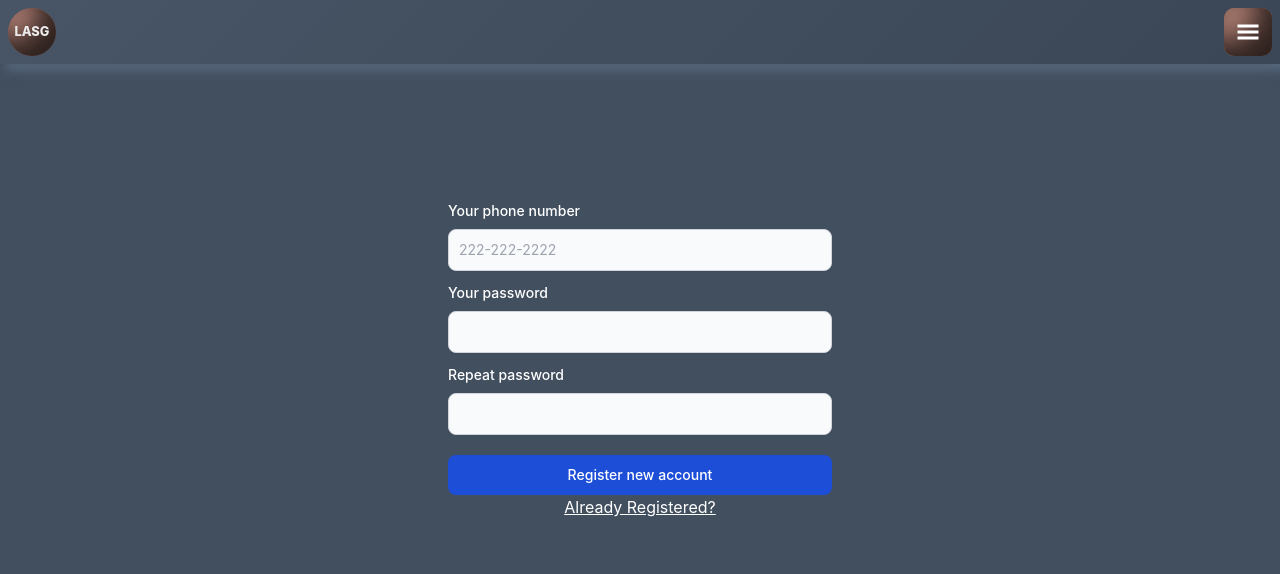
Repository: ShindanoSingi/LA-Swahili-Group
Page: /login (app in client/)
An editor plug-in stored every save of this project. The page is shown before and after the next save, followed by the edit.
The browser window is 1280 px wide. The pictures show the whole page.
The project was rebuilt for these pictures with package versions that can differ from the ones it lists, and the page was loaded fresh each time. Also part of the build but not shown: client/src/pages/error/Error.css, client/src/pages/error/Error.js, client/src/pages/home/Home.js, client/src/pages/about/About.js, client/src/pages/contact/Contact.js.

Above is the page before, as saved 2024-02-06 23:05:42.

After the next save:
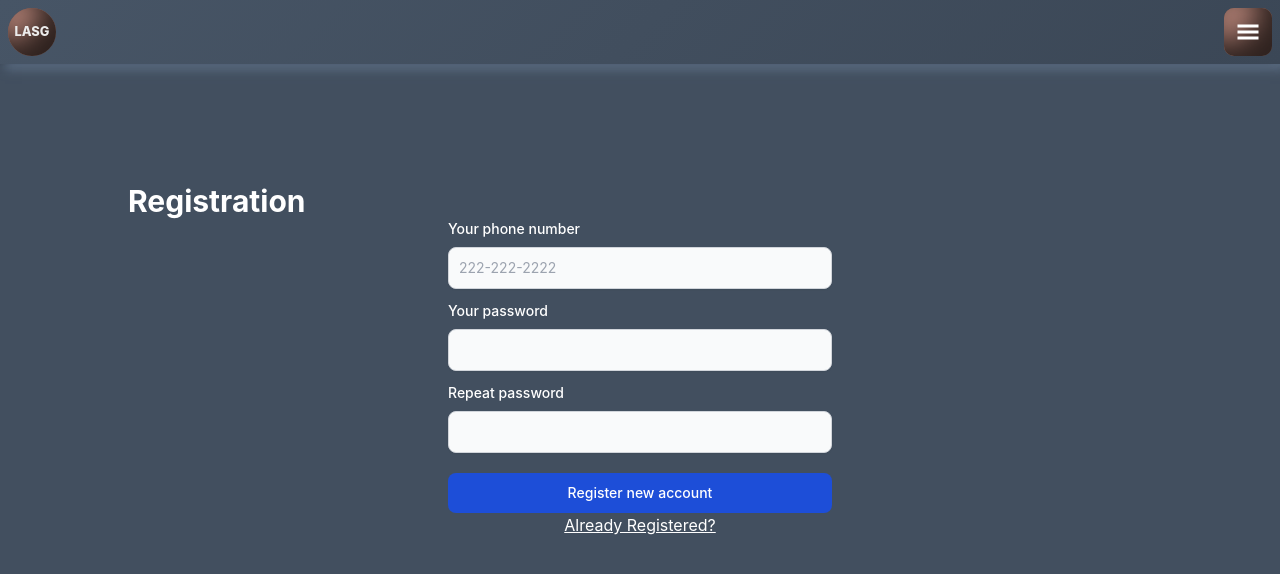
Saved 104 s later.
--- a/client/src/pages/login/Login.js
+++ b/client/src/pages/login/Login.js
@@ -6,6 +6,7 @@ function Login() {
       return (
             <div className="container">
                   <div className="w-[80%]">
+                        <h1 className="text-3xl font-bold text-white dark:text-white">Registration</h1>
                         <form className="max-w-sm mx-auto">
                               <div className="mb-3">
                                     <label
